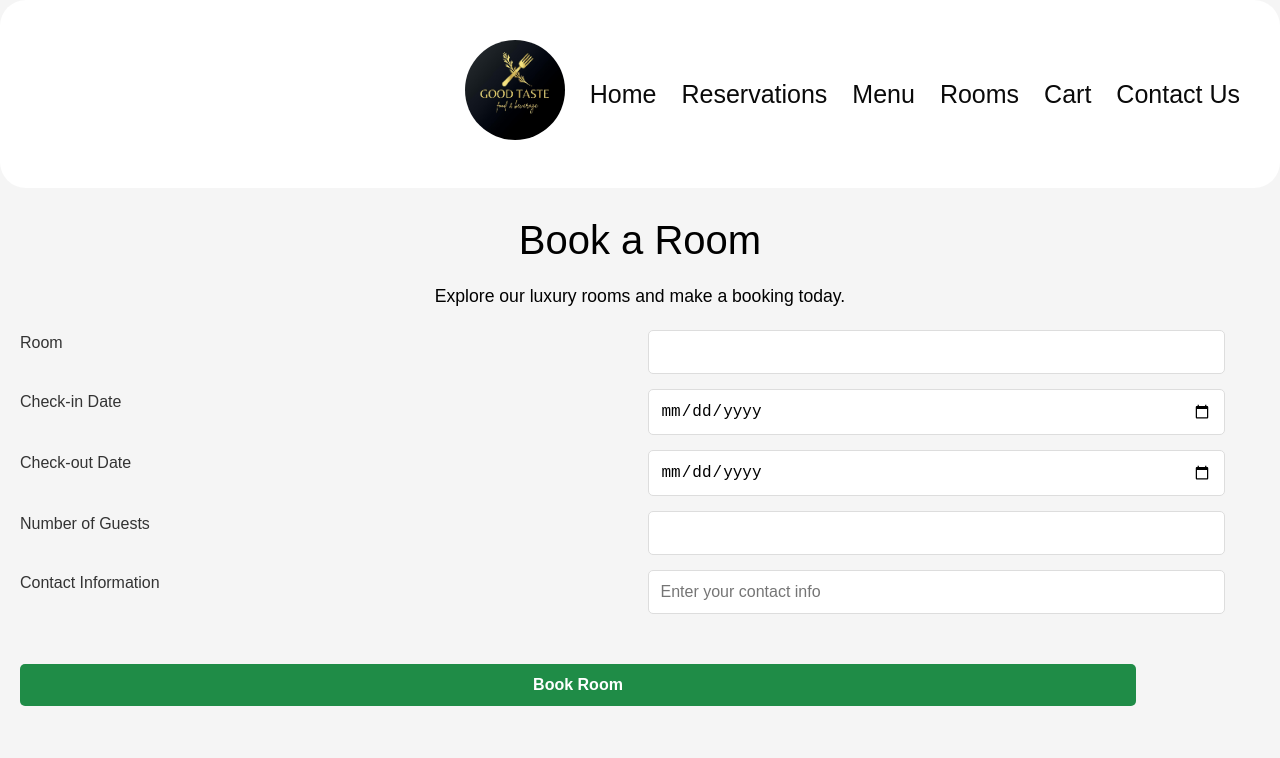
Repository: malingubarnice/Online-Reservation-System
Page: seperate_room.html
An editor plug-in stored every save of this project. The page is shown before and after the next save, followed by the edit.
The browser window is 1280 px wide. The pictures show the whole page.

Above is the page before, as saved 2025-04-03 18:30:46.
Console error: TypeError: Cannot read properties of null (reading 'addEventListener')

After the next save:
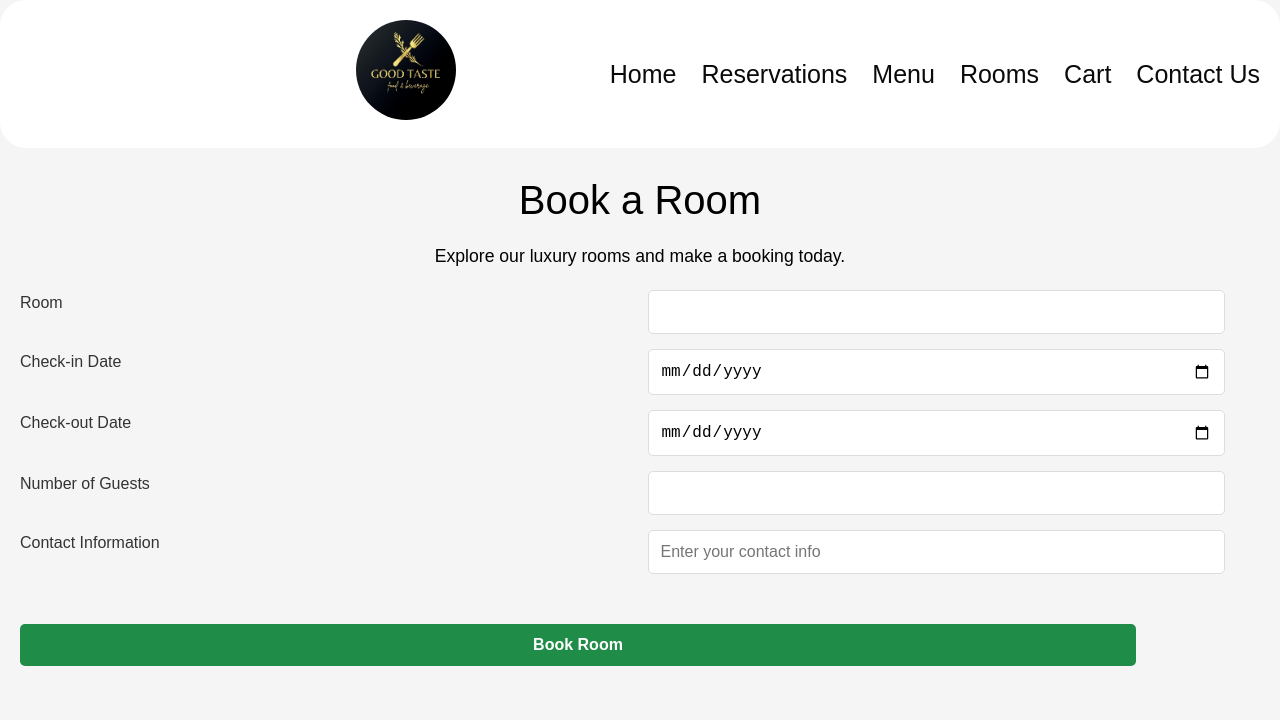
Saved 2 min 2 s later.
--- a/seperate_room.html
+++ b/seperate_room.html
@@ -10,11 +10,10 @@
     <header>
         <h1>Book a Room</h1>
         <!-- Navigation Bar -->
-  <header>
-    <div class="logo">
+     <div class="logo">
       <img src="assets/logo.jpg" alt="Copper Ivy Logo">
-    </div>
-    <nav class="navbar">
+     </div>
+     <nav class="navbar">
       <ul>
         <li><a href="#menu">Home</a></li>
         <li><a href="#reservations">Reservations</a></li>
@@ -23,10 +22,10 @@
         <li><a href="#cart">Cart</a></li>
         <li><a href="#contact">Contact Us</a></li>
       </ul>
-    </nav>
+     </nav>
   </header>
 
-    </header>
+
 
     <!-- Rooms Section -->
     <section id="rooms">
